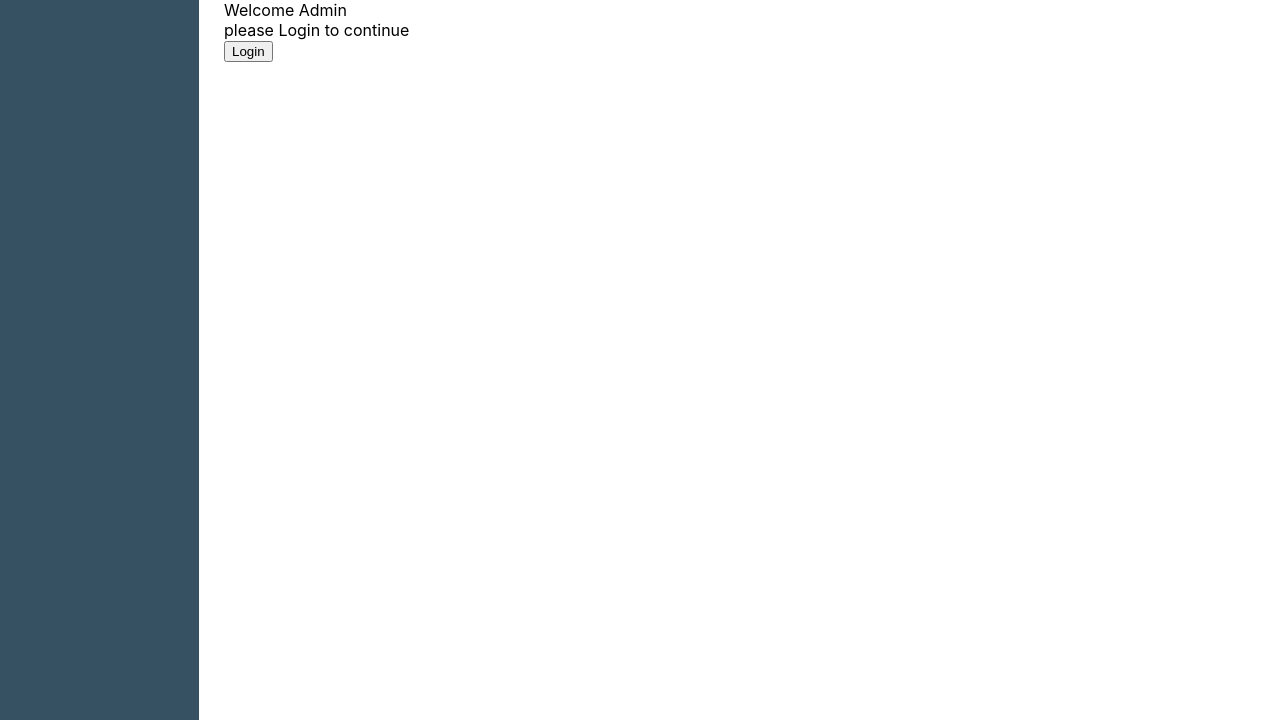
Repository: tatvanhco/shopee-admin
Page: /login
These files come from the project's save history. The page is drawn as it stood at one moment and after a run of saves; the edit follows.
The browser window is 1280 px wide. The pictures show the whole page.
The project was rebuilt for these pictures with package versions that can differ from the ones it lists, and the page was loaded fresh each time. Also part of the build but not shown: src/components/common/NotFound.tsx, src/components/common/PrivateRoute.tsx, src/components/layout/Innercontext.tsx, src/components/layout/dashboard.tsx, src/components/layout/productManager.tsx, src/components/layout/ManageOrders.tsx, src/components/layout/catalogManager.tsx, src/components/layout/customerManager.tsx and 5 more.

Above is the page before, as saved 2022-09-28 17:18:59.

### src/index.tsx
import React from 'react';
import { createRoot } from 'react-dom/client';
import { Provider } from 'react-redux';
import { store } from './app/store';
import App from './App';
import reportWebVitals from './reportWebVitals';
import './index.scss';
import { BrowserRouter } from 'react-router-dom';

const container = document.getElementById('root')!;
const root = createRoot(container);

root.render(
    <React.StrictMode>
        <Provider store={store}>
            <BrowserRouter>
                <App />
            </BrowserRouter>
        </Provider>
    </React.StrictMode>,
);

// If you want to start measuring performance in your app, pass a function
// to log results (for example: reportWebVitals(console.log))
// or send to an analytics endpoint. Learn more: https://bit.ly/CRA-vitals
reportWebVitals();

### src/app/store.ts
import { configureStore, ThunkAction, Action, getDefaultMiddleware } from '@reduxjs/toolkit';
import createSagaMiddleware from '@redux-saga/core';

const sagaMiddleware = createSagaMiddleware();

export const store = configureStore({
    reducer: {},
    middleware: (getDefaultMiddleware) => getDefaultMiddleware().concat(sagaMiddleware),
});

export type AppDispatch = typeof store.dispatch;
export type RootState = ReturnType<typeof store.getState>;
export type AppThunk<ReturnType = void> = ThunkAction<ReturnType, RootState, unknown, Action<string>>;

### src/App.tsx
import SideBar from 'components/layout/Sidebar';
import MainRouter from 'routes/mainRouter';
import './App.scss';
import './asset/globalStyle/globalStyle.scss';

function App() {
    return (
        <div className="App">
            <SideBar />
            <div className="App__Content">
                <div className="warpper">
                    <MainRouter />
                </div>
            </div>
        </div>
    );
}

export default App;

### src/components/layout/Sidebar.tsx
import * as React from 'react';
import clsx from 'clsx';
import { Link, useLocation, useNavigate } from 'react-router-dom';
import styles from './layout.module.scss';

const SideBar = () => {
    const location = useLocation();
    const navigate = useNavigate();

    const useAuth = () => {
        const checkLogin = localStorage.getItem('user');
        if (checkLogin) {
            return true;
        } else {
            return false;
        }
    };

    const user = useAuth();
    const handleLogout = () => {
        localStorage.removeItem('user');
        navigate('/login');
    };
    return (
        <div className={styles.sideBar}>
            <div className={styles.sideBar__items}>
                {user && (
                    <>
                        <Link
                            to="/dashboard"
                            className={clsx(
                                location.pathname === '/dashboard' ? styles.sidebar_active : '',
                                styles.sideBar__item,
                            )}
                        >
                            Thống kê
                        </Link>
                        <Link
                            to="/productManager"
                            className={clsx(
                                location.pathname === '/productManager' ? styles.sidebar_active : '',
                                styles.sideBar__item,
                            )}
                        >
                            Quản lý sản phẩm
                        </Link>
                        <Link
                            to="/customerManager"
                            className={clsx(
                                location.pathname === '/customerManager' ? styles.sidebar_active : '',
                                styles.sideBar__item,
                            )}
                        >
                            Quản lý khách hàng
                        </Link>
                        <Link
                            to="/emloyeeManager"
                            className={clsx(
                                location.pathname === '/emloyeeManager' ? styles.sidebar_active : '',
                                styles.sideBar__item,
                            )}
                        >
                            Quản lý nhân viên
                        </Link>
                        <Link
                            to="/catalogManager"
                            className={clsx(
                                location.pathname === '/catalogManager' ? styles.sidebar_active : '',
                                styles.sideBar__item,
                            )}
                        >
                            Quản lý danh mục
                        </Link>
                        <Link
                            to="/manageOrders"
                            className={clsx(
                                location.pathname === '/manageOrders' ? styles.sidebar_active : '',
                                styles.sideBar__item,
                            )}
                        >
                            Quản lý đơn hàng
                        </Link>
                        <Link
                            to="/inventoryManagement"
                            className={clsx(
                                location.pathname === '/inventoryManagement' ? styles.sidebar_active : '',
                                styles.sideBar__item,
                            )}
                        >
                            Quản lý kho
                        </Link>
                        {location.pathname !== '/login' && (
                            <button onClick={handleLogout} className={styles.logout_btn}>
                                Đăng xuất
                            </button>
                        )}
                    </>
                )}
                {!user}
            </div>
        </div>
    );
};

export default SideBar;

### src/routes/mainRouter.tsx
import { PrivateRoute, PublicRoute } from 'components/common';
import {
    CatalogManager,
    CustomerManager,
    Dashboard,
    EmloyeeManager,
    InnerContent,
    InventoryManagement,
    ManageOrders,
    ProductManager,
} from 'components/layout';
import LoginPage from 'features/auth/pages/loginPage';
import * as React from 'react';
import { Navigate, Route, Routes } from 'react-router-dom';
const MainRouter = () => (
    <Routes>
        <Route path="/" element={<PrivateRoute />}>
            <Route path="/" element={<InnerContent />}>
                <Route path="/" element={<Navigate replace to="/dashboard" />} />
                <Route path="/dashboard" element={<Dashboard />} />
                <Route path="/productManager" element={<ProductManager />} />
                <Route path="/customerManager" element={<CustomerManager />} />
                <Route path="/emloyeeManager" element={<EmloyeeManager />} />
                <Route path="/catalogManager" element={<CatalogManager />} />
                <Route path="/manageOrders" element={<ManageOrders />} />
                <Route path="/inventoryManagement" element={<InventoryManagement />} />
            </Route>
        </Route>
        <Route path="login" element={<PublicRoute />}>
            <Route path="/login" element={<LoginPage />}></Route>
        </Route>
    </Routes>
);

export default MainRouter;

### src/App.scss
.App {
    display: flex;
}

.App__Content {
    position: relative;
    left: 15%;
    right: 0;
    top: 0;
    bottom: 0;
    width: calc(100% - 15%);
}

.warpper {
    padding: 0 2rem;
}

### src/components/layout/layout.module.scss
.sideBar {
    width: calc(100% - 86%);
    background-color: #365262;
    color: #ebf8fe;
    padding-top: 50px;
    padding-left: 20px;
    height: 100vh;
    position: fixed;
}

.sideBar__items {
    display: flex;
    flex-direction: column;
}

.sideBar__item {
    text-decoration: none;
    color: #fff;
    font-size: 20px;
    font-weight: 600;
    margin: 10px 0;

    &:hover {
        color: aqua;
    }
}

.logout_btn {
    width: 70%;
    height: 30px;
    border: none;
    outline: none;
    border-radius: 20px;
    margin: 20px;
}

.sidebar_active {
    background-color: hsla(0, 0%, 100%, 0.1);
}

### src/components/common/index.ts
export * from './NotFound';
export * from './PrivateRoute';
export * from './publicRouter';

### src/components/layout/index.ts
export * from './Innercontext';
export * from './Sidebar';
export * from './dashboard';
export * from './productManager';
export * from './ManageOrders';
export * from './catalogManager';
export * from './customerManager';
export * from './emloyeeManager';
export * from './inventoryManagement';
export * from './statistical';
export * from './adminLayout';

### src/features/auth/pages/loginPage.tsx
import * as React from 'react';
import { useNavigate } from 'react-router-dom';
import styles from './pages.module.scss';

export default function LoginPage() {
    const navigate = useNavigate();
    const handleLogin = () => {
        localStorage.setItem('user', JSON.stringify({ role: 'Admin' }));
        navigate('/dashboard');
    };
    return (
        <div className={styles.Login_from}>
            <div>Welcome Admin</div>
            <div>please Login to continue</div>
            <button onClick={handleLogin}>Login</button>
        </div>
    );
}

### src/components/common/publicRouter.tsx
import * as React from 'react';
import { Navigate, Outlet, Route } from 'react-router-dom';

const useAuth = () => {
    const checkLogin = localStorage.getItem('user');
    if (checkLogin) {
        return true;
    } else {
        return false;
    }
};

export function PublicRoute(props: any) {
    const checkLogin = useAuth();
    return checkLogin ? <Navigate to="/dashboard" /> : <Outlet />;
}

### src/features/auth/pages/pages.module.scss
.Login_from {
    width: 250px;
    height: 400px;
    position: absolute;

}

Loaded but not shown: public/index.html (common file); src/reportWebVitals.ts (common file); src/index.scss (common file)

After the next 2 saves:
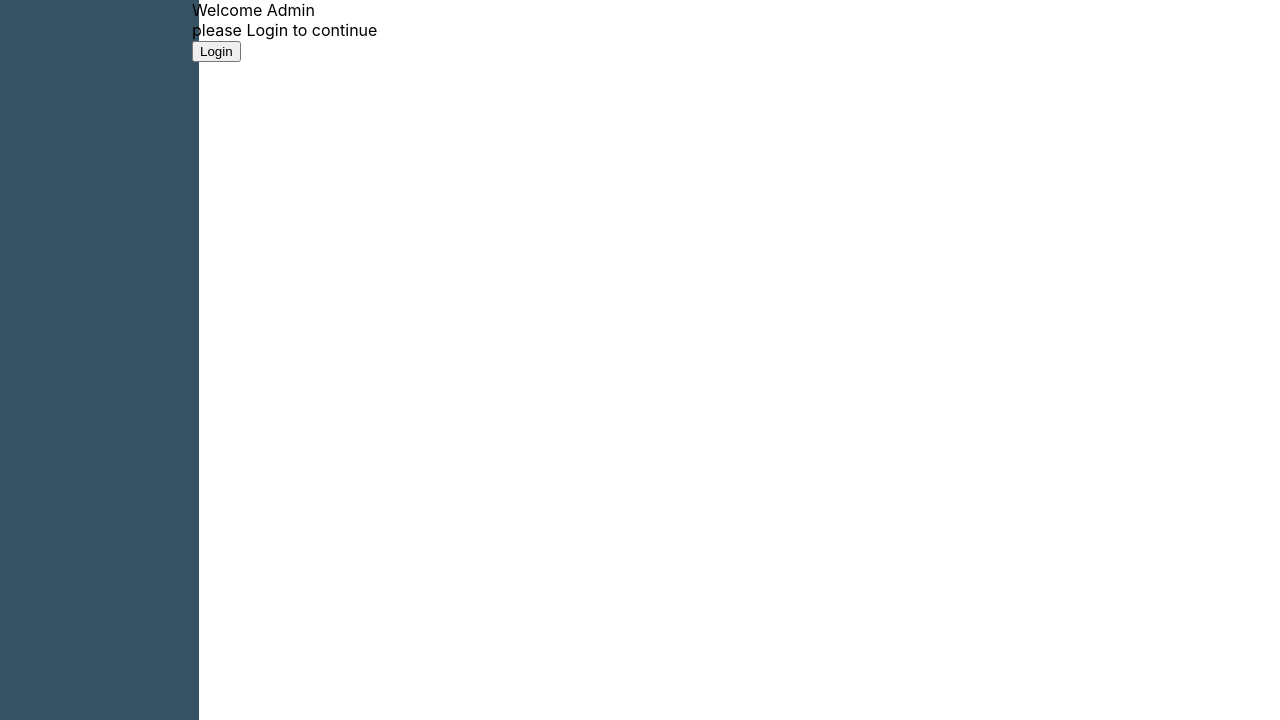
The 2 saves are shown as one change because they came seconds apart.
The last was saved 11 s later.
--- a/src/features/auth/pages/pages.module.scss
+++ b/src/features/auth/pages/pages.module.scss
@@ -2,5 +2,8 @@
     width: 250px;
     height: 400px;
     position: absolute;
-
+    top: 0;
+    right: 0;
+    bottom: 0;
+    left: 0;
 }

After the save that followed:
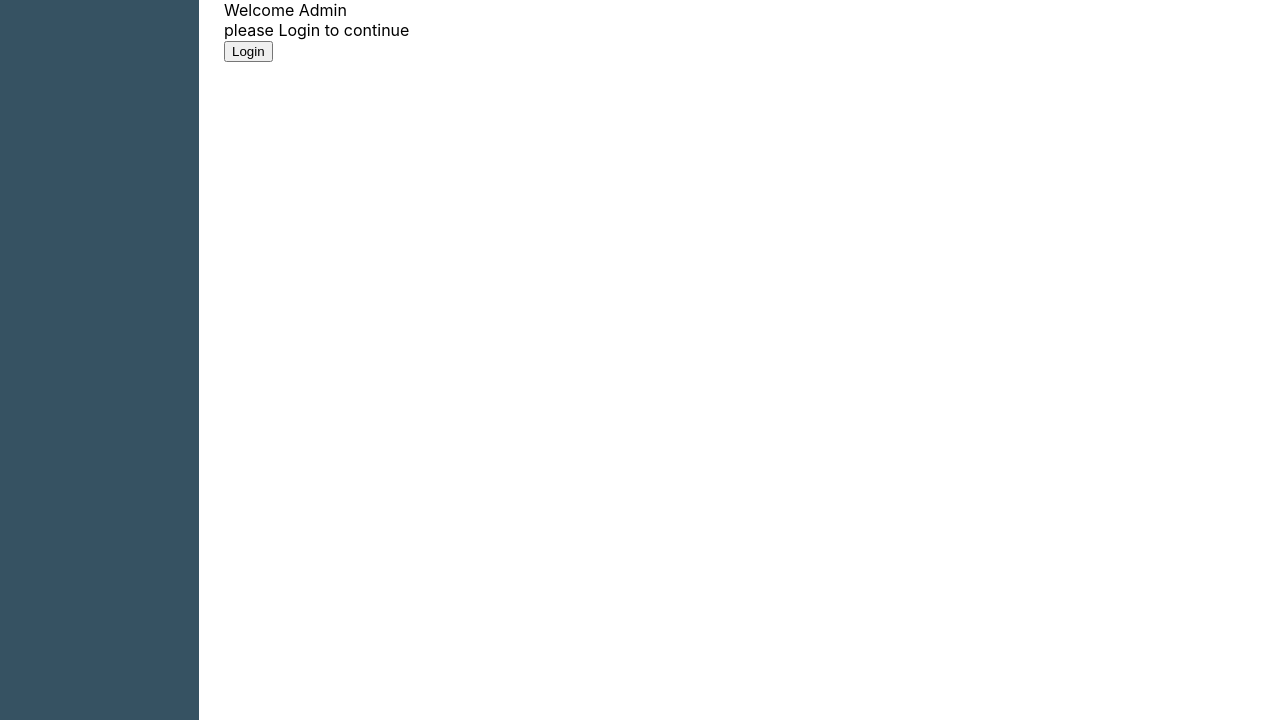
Saved 11 s later.
--- a/src/features/auth/pages/pages.module.scss
+++ b/src/features/auth/pages/pages.module.scss
@@ -1,7 +1,7 @@
 .Login_from {
     width: 250px;
     height: 400px;
-    position: absolute;
+    position: relative;
     top: 0;
     right: 0;
     bottom: 0;
